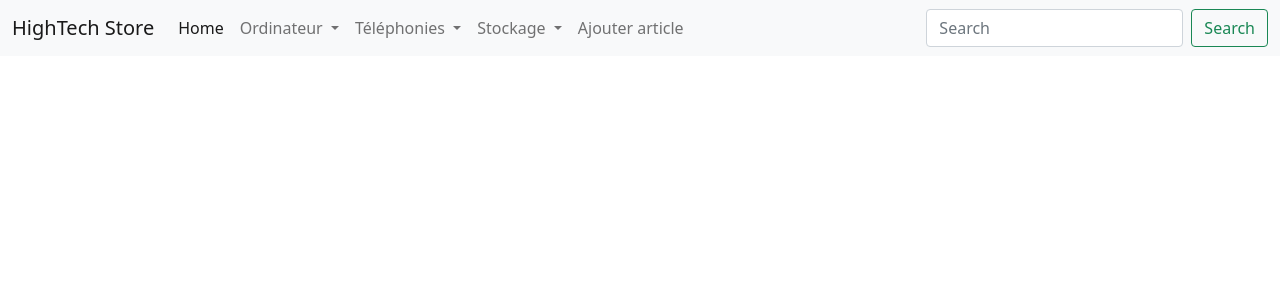
Repository: HaPhuong-krys/M1-angular
Page: /PcPortable
An editor plug-in stored every save of this project. The page is shown before and after the next save, followed by the edit.
The browser window is 1280 px wide. The pictures show the whole page.
The page's requests for data from a server got no answer. The project was rebuilt for these pictures with package versions that can differ from the ones it lists, and the page was loaded fresh each time. No one was signed in, and anything a server would have sent is missing. Also part of the build but not shown: angular.json, src/app/connexion/connexion.component.ts, src/app/connexion/auth.service.ts, src/app/home/home.component.ts, src/app/pc-bureau/pc-bureau.component.ts, src/app/ajouter-article-form/ajouter-article-form.component.ts, src/app/Model/Articles.ts, src/app/accessoire-ordi/accessoire-ordi.component.ts and 11 more.

Above is the page before, as saved 2023-04-23 00:01:41.

### src/index.html
<!doctype html>
<html lang="en">
<head>
  <meta charset="utf-8">
  <title>HighTechStore</title>
  <base href="/">
  <meta name="viewport" content="width=device-width, initial-scale=1">
  <link rel="icon" type="image/x-icon" href="favicon.ico">
  <!-- Boostrap css -->
  <link href="https://cdn.jsdelivr.net/npm/bootstrap@5.0.2/dist/css/bootstrap.min.css"
  rel="stylesheet" integrity="sha384-EVSTQN3/azprG1Anm3QDgpJLIm9Nao0Yz1ztcQTwFspd3yD65VohhpuuCOmLASjC" crossorigin="anonymous">
</head>
<body>
  <app-root></app-root>
   <!-- Boostrap -->
  <script src="https://cdn.jsdelivr.net/npm/@popperjs/core@2.9.2/dist/umd/popper.min.js"
  integrity="sha384-IQsoLXl5PILFhosVNubq5LC7Qb9DXgDA9i+tQ8Zj3iwWAwPtgFTxbJ8NT4GN1R8p" crossorigin="anonymous"></script>
  <script src="https://cdn.jsdelivr.net/npm/bootstrap@5.0.2/dist/js/bootstrap.min.js"
  integrity="sha384-cVKIPhGWiC2Al4u+LWgxfKTRIcfu0JTxR+EQDz/bgldoEyl4H0zUF0QKbrJ0EcQF" crossorigin="anonymous"></script>
</body>
</html>

### src/app/app.module.ts
import { NgModule } from '@angular/core';
import { BrowserModule } from '@angular/platform-browser';

import { AppRoutingModule } from './app-routing.module';
import { AppComponent } from './app.component';
import { NavbarComponent } from './navbar/navbar.component';
import { HomeComponent } from './home/home.component';
import { PcPortableComponent } from './pc-portable/pc-portable.component';
import { PcBureauComponent } from './pc-bureau/pc-bureau.component';
import { ConnexionComponent } from './connexion/connexion.component';
import { PhonesModule } from './modules/phones/phones.module';
import { StockageModule } from './modules/stockage/stockage.module';
import { AjouterArticleFormComponent } from './ajouter-article-form/ajouter-article-form.component';
import {HttpClientModule} from '@angular/common/http';
import { PcPortableServiceService } from './pc-portable-service.service';
import { FormCreationArticleService } from './form-creation-article.service';
import { FooterComponent } from './footer/footer.component';
import { FormsModule } from '@angular/forms';
import { HomeService } from './home.service';
import { PcBureauServiceService } from './pc-bureau-service.service';
import { AccesOrdiServiceService } from './acces-ordi-service.service';
import { AccessoireOrdiComponent } from './accessoire-ordi/accessoire-ordi.component';
import { SmartPhoneComponent } from './smart-phone/smart-phone.component';
import { SmartPhoneServiceService } from './smart-phone-service.service';
import { TelephoneFixComponent } from './telephone-fix/telephone-fix.component';
import { TelephoneFixServiceService } from './telephone-fix-service.service';
import { AccessoireTelfixComponent } from './accessoire-telfix/accessoire-telfix.component';
import { AccesTelfixServiceService } from './acces-telfix-service.service';
import { DisqueDurComponent } from './disque-dur/disque-dur.component';
import { UsbComponent } from './usb/usb.component';
import { AccessoireStockageComponent } from './accessoire-stockage/accessoire-stockage.component';
import { DisqueDurServiceService } from './disque-dur-service.service';
import { UsersComponent } from './users/users.component';
import { DeconnexionComponent } from './deconnexion/deconnexion.component';

@NgModule({
  declarations: [
    AppComponent,
    NavbarComponent,
    HomeComponent,
    PcPortableComponent,
    PcBureauComponent,
    ConnexionComponent,
    AjouterArticleFormComponent,
    FooterComponent,
    AccessoireOrdiComponent,
    SmartPhoneComponent,
    TelephoneFixComponent,
    AccessoireTelfixComponent,
    DisqueDurComponent,
    UsbComponent,
    AccessoireStockageComponent,
    UsersComponent,
    DeconnexionComponent,


  ],
  imports: [
    BrowserModule,
    AppRoutingModule,
    PhonesModule,
    StockageModule,
    HttpClientModule,
    FormsModule
  ],
  providers: [
    PcPortableServiceService,
    FormCreationArticleService,
    HomeService,
    PcBureauServiceService,
    AccesOrdiServiceService,
    SmartPhoneServiceService,
    TelephoneFixServiceService,
    AccesTelfixServiceService,
    DisqueDurServiceService
  ],
  bootstrap: [AppComponent]
})
export class AppModule { }

### src/app/app-routing.module.ts
import { NgModule } from '@angular/core';
import { RouterModule, Routes } from '@angular/router';
import { ConnexionComponent } from './connexion/connexion.component';
import { HomeComponent } from './home/home.component';
import { PcBureauComponent } from './pc-bureau/pc-bureau.component';
import { PcPortableComponent } from './pc-portable/pc-portable.component';
import { AjouterArticleFormComponent } from './ajouter-article-form/ajouter-article-form.component';
import { AccessoireOrdiComponent } from './accessoire-ordi/accessoire-ordi.component';
import { SmartPhoneComponent } from './smart-phone/smart-phone.component';
import { TelephoneFixComponent } from './telephone-fix/telephone-fix.component';
import { AccessoireTelfixComponent } from './accessoire-telfix/accessoire-telfix.component';
import { DisqueDurComponent } from './disque-dur/disque-dur.component';
import { UsbComponent } from './usb/usb.component';
import { AccessoireStockageComponent } from './accessoire-stockage/accessoire-stockage.component';

const routes: Routes = [
  { path:'home', component:HomeComponent},
  { path: 'PcPortable', component: PcPortableComponent},
  { path: 'PcBureau', component: PcBureauComponent},
  { path: 'Connexion', component: ConnexionComponent},
  { path: 'AjouterAticleForm', component: AjouterArticleFormComponent},
  { path: 'AccessoireOrdi', component: AccessoireOrdiComponent},
  { path: 'SmartPhone', component: SmartPhoneComponent},
  { path: 'telephoneFix', component: TelephoneFixComponent},
  { path: 'AccessoireTelFix', component: AccessoireTelfixComponent},
  { path: 'DisqueDur', component: DisqueDurComponent},
  { path: 'USB', component: UsbComponent},
  { path: 'AccessoireStock', component : AccessoireStockageComponent}
];

@NgModule({
  imports: [RouterModule.forRoot(routes)],
  exports: [RouterModule]
})
export class AppRoutingModule { }

### src/app/app.component.ts
import { Component } from '@angular/core';

@Component({
  selector: 'app-root',
  templateUrl: './app.component.html',
  styleUrls: ['./app.component.css']
})
export class AppComponent {
  title = 'HighTechStore';
}

### src/app/pc-portable/pc-portable.component.ts
import { Component } from '@angular/core';
import { PcPortableServiceService } from '../pc-portable-service.service';
import { Articles } from '../Model/Articles';

@Component({
  selector: 'app-pc-portable',
  templateUrl: './pc-portable.component.html',
  styleUrls: ['./pc-portable.component.css']
})
export class PcPortableComponent {

  article: Array<Articles> = [];

  constructor(private portableService : PcPortableServiceService){

  }

  ngOnInit(): void {
    this.getArticlePCportable();
  }

  getArticlePCportable() {
    this.portableService.getArticlePcPortable().subscribe(res => {
      this.article = res;
      console.log(this.article);
    });
  }
}

### src/app/modules/phones/phones.module.ts
import { NgModule } from '@angular/core';
import { CommonModule } from '@angular/common';

import { PhonesRoutingModule } from './phones-routing.module';


@NgModule({
  declarations: [],
  imports: [
    CommonModule,
    PhonesRoutingModule
  ]
})
export class PhonesModule { }

### src/app/modules/stockage/stockage.module.ts
import { NgModule } from '@angular/core';
import { CommonModule } from '@angular/common';

import { StockageRoutingModule } from './stockage-routing.module';


@NgModule({
  declarations: [],
  imports: [
    CommonModule,
    StockageRoutingModule
  ]
})
export class StockageModule { }

### src/app/pc-portable-service.service.ts
import { Injectable } from '@angular/core';
import  { HttpClient, HttpClientModule } from  '@angular/common/http';
import { Observable } from 'rxjs';
import { Articles } from './Model/Articles';


@Injectable({
  providedIn: 'root'
})
export class PcPortableServiceService {
  url_portable = 'http://localhost:8080/Projet-REST-V1/articles/list/PC_Portable';

  constructor(private http:HttpClient) { }

  getArticlePcPortable():Observable<Array<Articles>>{
    return this.http.get<Array<Articles>>(this.url_portable);
  }
}

### src/app/form-creation-article.service.ts
import { Injectable } from '@angular/core';
import  { HttpClient, HttpClientModule, HttpHeaders } from  '@angular/common/http';
import { Observable } from 'rxjs';
import { Categories } from './Model/Categories';
import { Articles } from './Model/Articles';


@Injectable({
  providedIn: 'root'
})
export class FormCreationArticleService {

  url = 'http://localhost:8080/Projet-REST-V1/categories/list';

  addUrl = 'http://localhost:8080/Projet-REST-V1/articles';

  articleData: any = {};

  constructor(private http:HttpClient) { }

  getAllCategories():Observable<Array<Categories>>{
    return this.http.get<Array<Categories>>(this.url);
  }

  httpOptions = {
    headers: new HttpHeaders({ 'Content-Type': 'application/json' })
  };

  addArticle(article: Articles): Observable<Articles> {
    const url = `${this.addUrl}/add`;
    return this.http.post<Articles>(url, article, this.httpOptions);
    //return this.http.post<Articles[]>(`${this.addUrl}/add`, article);
  }

}

### src/app/home.service.ts
import { Injectable } from '@angular/core';
import  { HttpClient, HttpClientModule, HttpHeaders } from  '@angular/common/http';
import { Observable } from 'rxjs';
import { Categories } from './Model/Categories';
import { Articles } from './Model/Articles';

@Injectable({
  providedIn: 'root'
})
export class HomeService {
  url = 'http://localhost:8080/Projet-REST-V1/articles/list';
  articleData: any = {};

  constructor(private http:HttpClient) { }

  getAllArticle():Observable<Array<Articles>>{
    return this.http.get<Array<Articles>>(this.url);
  }
}

### src/app/pc-bureau-service.service.ts
import { HttpClient } from '@angular/common/http';
import { Injectable } from '@angular/core';
import { Observable } from 'rxjs';
import { Articles } from './Model/Articles';

@Injectable({
  providedIn: 'root'
})
export class PcBureauServiceService {

  url_bureau = 'http://localhost:8080/Projet-REST-V1/articles/list/PC_Bureau';

  constructor(private http:HttpClient) { }

  getArticlePcBureau():Observable<Array<Articles>>{
    return this.http.get<Array<Articles>>(this.url_bureau);
  }
}

### src/app/acces-ordi-service.service.ts
import { HttpClient } from '@angular/common/http';
import { Injectable } from '@angular/core';
import { Observable } from 'rxjs';
import { Articles } from './Model/Articles';

@Injectable({
  providedIn: 'root'
})
export class AccesOrdiServiceService {

  access_ordi = 'http://localhost:8080/Projet-REST-V1/articles/list/accessoire_ordi';
  constructor(private http:HttpClient) { }

  getArticleAccesoireOrdi(): Observable<Array<Articles>>{
    return this.http.get<Array<Articles>>(this.access_ordi);
  }
}

### src/app/smart-phone-service.service.ts
import { HttpClient } from '@angular/common/http';
import { Injectable } from '@angular/core';
import { Observable } from 'rxjs';
import { Articles } from './Model/Articles';

@Injectable({
  providedIn: 'root'
})
export class SmartPhoneServiceService {

  url_smartphone = 'http://localhost:8080/Projet-REST-V1/articles/list/smartphone';


  constructor(private http: HttpClient) { }

  getArticleSmartphone():Observable<Array<Articles>>{
    return this.http.get<Array<Articles>>(this.url_smartphone);
  }
}

### src/app/telephone-fix-service.service.ts
import { HttpClient } from '@angular/common/http';
import { Injectable } from '@angular/core';
import { Articles } from './Model/Articles';

@Injectable({
  providedIn: 'root'
})
export class TelephoneFixServiceService {
  url_telFix = 'http://localhost:8080/Projet-REST-V1/articles/list/telephoneFix';

  constructor(private http: HttpClient) { }

  getArticleTelephoneFix(){
    return this.http.get<Array<Articles>>(this.url_telFix);
  }
}

### src/app/acces-telfix-service.service.ts
import { HttpClient } from '@angular/common/http';
import { Injectable } from '@angular/core';
import { Articles } from './Model/Articles';

@Injectable({
  providedIn: 'root'
})
export class AccesTelfixServiceService {

  url_accesstel= 'http://localhost:8080/Projet-REST-V1/articles/list/accessoire_tel';

  constructor(private http:HttpClient) { }

  getArticleAccessoireTelFix(){
    return this.http.get<Array<Articles>>(this.url_accesstel);
  }

}

### src/app/disque-dur-service.service.ts
import { HttpClient } from '@angular/common/http';
import { Injectable } from '@angular/core';
import { Articles } from './Model/Articles';

@Injectable({
  providedIn: 'root'
})
export class DisqueDurServiceService {

  url_disque = 'http://localhost:8080/Projet-REST-V1/articles/list/Disque_dur';

  constructor(private http:HttpClient) { }

  getArticleDisqurDur(){
    return this.http.get<Array<Articles>>(this.url_disque);
  }

}

### src/app/navbar/navbar.component.html

<nav class="navbar navbar-expand-lg navbar-light bg-light">
    <div class="container-fluid">
      <a class="navbar-brand" href="#">HighTech Store</a>
      <button class="navbar-toggler" type="button" data-bs-toggle="collapse" data-bs-target="#navbarSupportedContent" aria-controls="navbarSupportedContent" aria-expanded="false" aria-label="Toggle navigation">
        <span class="navbar-toggler-icon"></span>
      </button>
      <div class="collapse navbar-collapse" id="navbarSupportedContent">
        <ul class="navbar-nav me-auto mb-2 mb-lg-0">
          <li class="nav-item">
            <a class="nav-link active" aria-current="page" href="/home">Home</a>
          </li>
          <li class="nav-item dropdown">
            <a class="nav-link dropdown-toggle" href="#" id="navbarDropdown" role="button" data-bs-toggle="dropdown" aria-expanded="false">
              Ordinateur
            </a>
            <ul class="dropdown-menu" aria-labelledby="navbarDropdown">
              <li><a class="dropdown-item" routerLink="/PcPortable">Pc Portable</a></li>
              <li><a class="dropdown-item" routerLink="/PcBureau">Pc Bureau</a></li>
              <li><hr class="dropdown-divider"></li>
              <li><a class="dropdown-item" href="/AccessoireOrdi">Accessoire</a></li>
            </ul>
          </li>
          <li class="nav-item dropdown">
            <a class="nav-link dropdown-toggle" href="#" id="navbarDropdown" role="button" data-bs-toggle="dropdown" aria-expanded="false">
              Téléphonies
            </a>
            <ul class="dropdown-menu" aria-labelledby="navbarDropdown">
              <li><a class="dropdown-item" routerLink="/SmartPhone">Smart Phone</a></li>
              <li><a class="dropdown-item" routerLink="/telephoneFix">Téléphone Fixe</a></li>
              <li><hr class="dropdown-divider"></li>
              <li><a class="dropdown-item" href="/AccessoireTelFix">Accessoire</a></li>
            </ul>
          </li>

          <li class="nav-item dropdown">
            <a class="nav-link dropdown-toggle" href="#" id="navbarDropdown" role="button" data-bs-toggle="dropdown" aria-expanded="false">
              Stockage
            </a>
            <ul class="dropdown-menu" aria-labelledby="navbarDropdown">
              <li><a class="dropdown-item" routerLink="/DisqueDur">Disque Dur</a></li>
              <li><a class="dropdown-item" routerLink="/USB">Clé USB</a></li>
              <li><hr class="dropdown-divider"></li>
              <li><a class="dropdown-item" href="/AccessoireStock">Accessoire</a></li>
            </ul>
          </li>

          <li class="nav-item">
            <a class="nav-link" href="/AjouterAticleForm">Ajouter article</a>
          </li>


        </ul>
        <form class="d-flex">
          <input class="form-control me-2" type="search" placeholder="Search" aria-label="Search">
          <button class="btn btn-outline-success" type="submit">Search</button>
        </form>

      </div>
    </div>
  </nav>

### src/app/pc-portable/pc-portable.component.html
<div class="row">
    <div class="col-sm-4" *ngFor="let article of article">
      <div class="card" style="width: 22rem;">
        <img src="../../assets/image/Pc_Portable/pcp1.jpg" class="card-img-top" alt="...">
        <div class="card-body">
        <h5 class="card-title">{{article.libelle}}</h5>
        <p class="card-text">Description : {{article.description}}</p>
      </div>
    <ul class="list-group list-group-flush">
      <li class="list-group-item">Categorie : {{ article.categorie}}</li>
      <li class="list-group-item">Prix {{ article.prix}}</li>
    </ul>
    <div class="row">
      <div class="col-sm-6">
        <a href="#" class="btn btn-primary">Details</a>
      </div>
      <div class="col-sm-6">
        <a href="#" class="btn btn-primary">Ajouter</a>
      </div>
    </div>
  </div>

### src/app/modules/phones/phones-routing.module.ts
import { NgModule } from '@angular/core';
import { RouterModule, Routes } from '@angular/router';

const routes: Routes = [];

@NgModule({
  imports: [RouterModule.forChild(routes)],
  exports: [RouterModule]
})
export class PhonesRoutingModule { }

### src/app/modules/stockage/stockage-routing.module.ts
import { NgModule } from '@angular/core';
import { RouterModule, Routes } from '@angular/router';

const routes: Routes = [];

@NgModule({
  imports: [RouterModule.forChild(routes)],
  exports: [RouterModule]
})
export class StockageRoutingModule { }

Loaded but not shown: src/styles.css (common file); src/main.ts (common file); src/app/navbar/navbar.component.ts (common file); src/app/app.component.html (common file); src/app/app.component.css (no stored copy; drawn as an empty file); src/app/navbar/navbar.component.css (no stored copy; drawn as an empty file); src/app/pc-portable/pc-portable.component.css (no stored copy; drawn as an empty file)

After the next save:
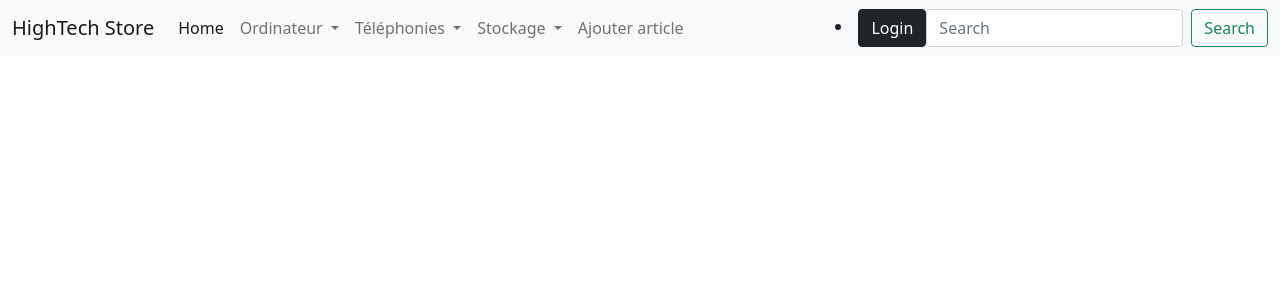
Saved 7 s later.
--- a/src/app/navbar/navbar.component.html
+++ b/src/app/navbar/navbar.component.html
@@ -51,6 +51,11 @@
 
 
         </ul>
+        <div class="ms-auto">
+          <li class="nav-item">
+            <a href="/Connexion" class="btn btn-dark" role="button">Login</a>
+          </li>
+        </div>
         <form class="d-flex">
           <input class="form-control me-2" type="search" placeholder="Search" aria-label="Search">
           <button class="btn btn-outline-success" type="submit">Search</button>
